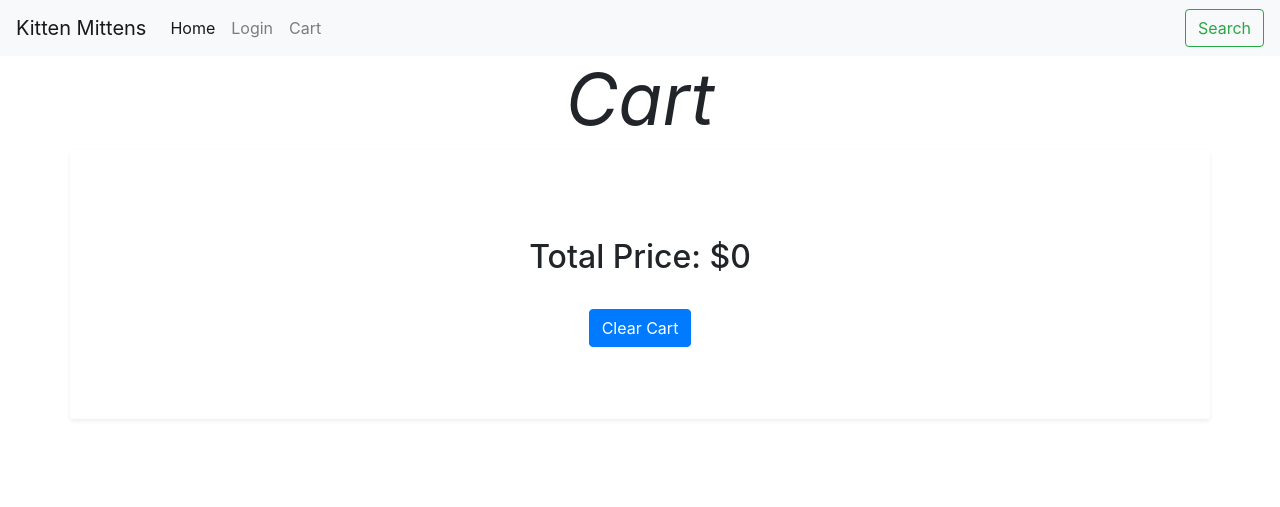
Repository: Janellle/KittenMittens
Page: http://localhost/cart
The author's editor kept a record of every edit. The page is drawn from the files as they stood at one moment, then again after the next edit.
The browser window is 1280 px wide. The pictures show the whole page.
The page is served by the project's Node server (app.js). Queries for data that is not in the repository find no rows.

Above is the page before.
Not found: js/functions.js
Not found: rps.js

After the next edit:
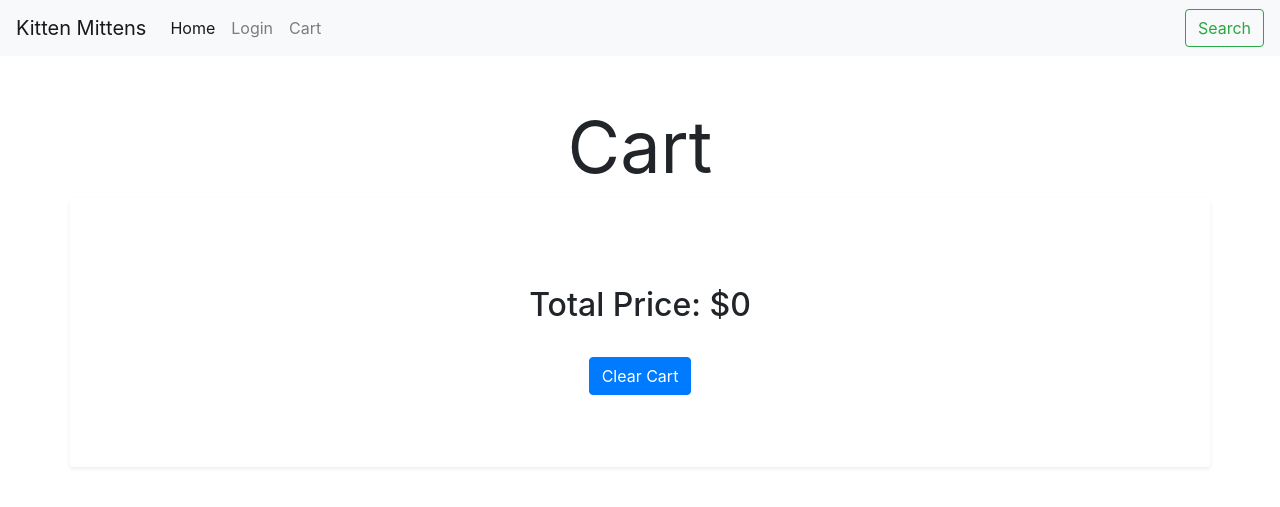
The edit:
--- a/views/cart.ejs
+++ b/views/cart.ejs
@@ -1,5 +1,6 @@
 <%- include('partials/header.ejs') %>
-    <h1 class="text-center display-3"><strong><i> Cart </i></strong></h1>
+    <br><br>
+    <h1 class="text-center display-3"><strong>Cart</strong></h1>
       <div class="px-4 px-lg-0">
     <div class="pb-5">
     <div class="container">
